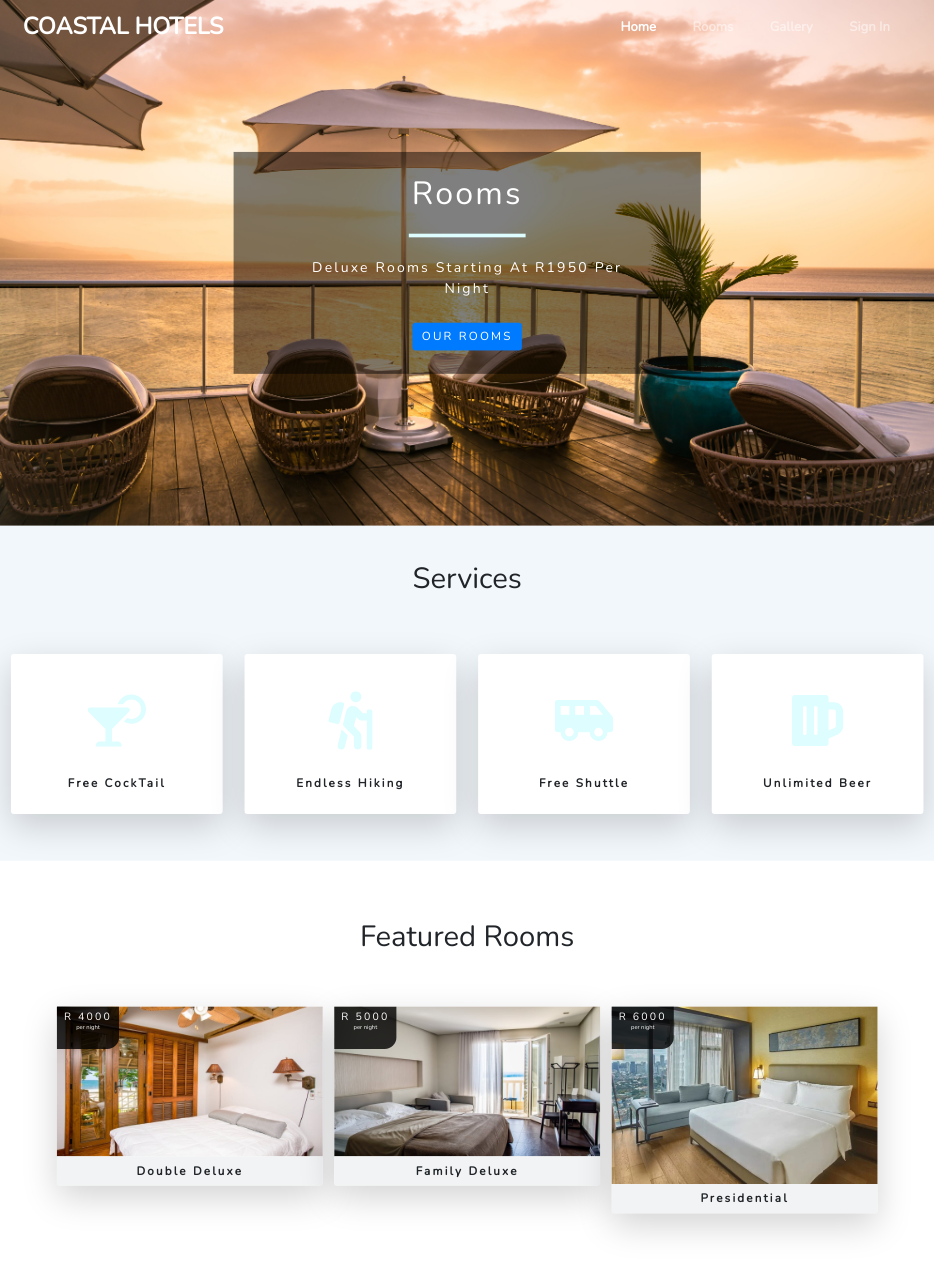
Repository: tebo27cMd/hotel
Page: /
These files come from the project's save history. The page is drawn as it stood at one moment and after the next save; the edit follows.
The browser window is 1280 px wide. The pictures show the whole page, at 73% of full size.
The project was rebuilt for these pictures with package versions that can differ from the ones it lists, and the page was loaded fresh each time. Also part of the build but not shown: src/components/RoomsFilter.jsx, src/components/RoomsList.jsx, src/components/RoomsContainer.jsx, src/pages/Rooms.jsx, src/components/StyledHero.jsx, src/firebase.js, src/pages/SingleRoom.jsx, src/pages/Error.jsx and 7 more.

Above is the page before, as saved 2022-11-16 13:34:10.

After the next save:
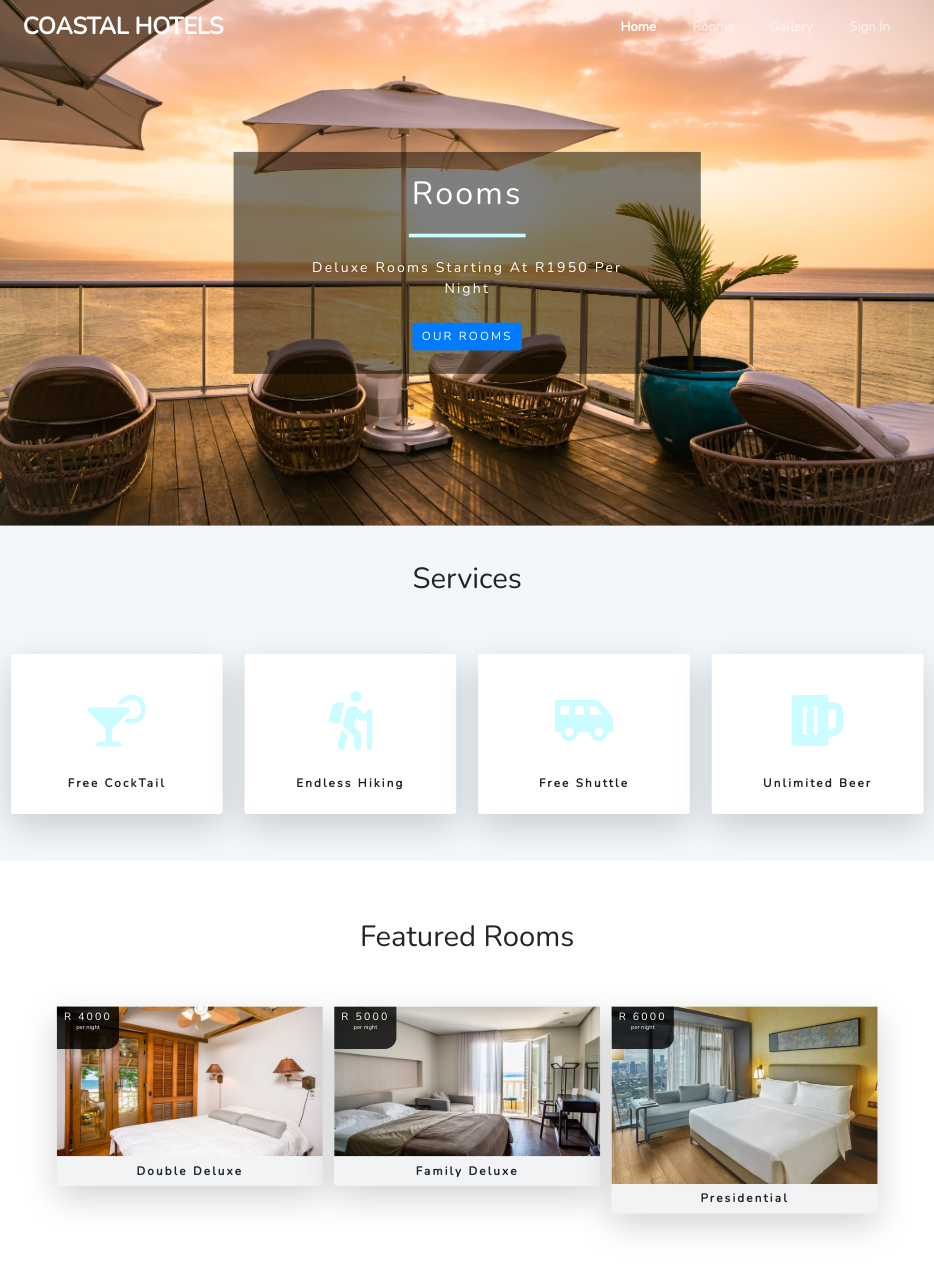
Saved 41 s later.
--- a/src/App.css
+++ b/src/App.css
@@ -10,7 +10,7 @@ body {
   box-sizing: border-box;
 }
 :root {
-  --primaryColor: #ddfdff;
+  --primaryColor: #cbfcff;
   --mainWhite: #fff;
   --offWhite: #f7f7f7;
   --mainBlack: #222;
